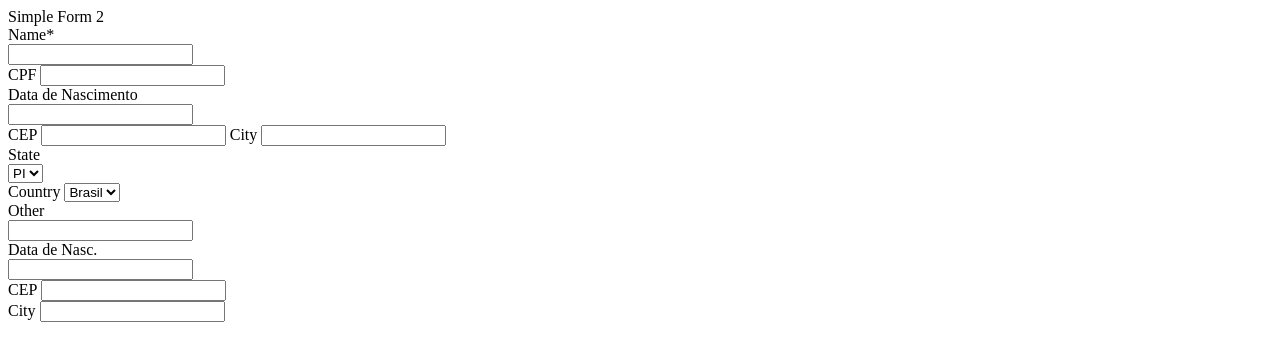
Repository: eudesf/MySpaceShip
Page: MySpaceShip/WebContent/articles/simpleform2.html
The author's editor kept a copy of each file at every save. The page is drawn from the files as they stood at one save, then again after the next save.
The browser window is 1280 px wide. The pictures show the whole page.

Above is the page before, as saved 2012-03-20 18:27:26.

### MySpaceShip/WebContent/articles/simpleform2.html
<article>
	<header>Simple Form 2</header>

	<form class="labelw20p">

		<label for="name">Name*</label>
		<div class="w30p">
			<input id="name" class="w100p" type="text" />
		</div>
		<div class="w50p">
			<label for="address">CPF</label>
			<input id="address" type="text"/>
		</div>


		<label for="birthdate">Data de Nascimento</label>
		<div class="w30p">
			<input id="birthdate" type="text" class="w100p"/>
		</div>
		<div class="w50p">
			<label for="cep" class="w30p">CEP</label>
			<input id="cep" type="text" class="w20p"/>
			<label for="city" class="w20p">City</label>
			<input id="city" type="text" class="w30p"/>
		</div>


		<label for="state">State</label>
		<div class="w30p">
			<select id="state" class="w100p">
				<option value="PI">PI</option>
			</select>
		</div>

		<div class="w50p">
			<label for="country">Country</label>
			<select id="country">
				<option value="BRA">Brasil</option>
			</select>
		</div>

		<label for="others">Other</label>
		<div class="w80p">
			<input id="others" type="text" class="w100p" />
		</div>

		<label for="birthdate">Data de Nasc.</label>

		<div class="w30p">
			<input id="birthdate" type="text" class="w100p"/>
		</div>

		<div class="w25p">
			<label for="cep">CEP</label>
			<input id="cep" type="text"/>
		</div>

		<div class="w25p">
			<label for="city">City</label>
			<input id="city" type="text"/>
		</div>


	</form>
</article>

After the next save:
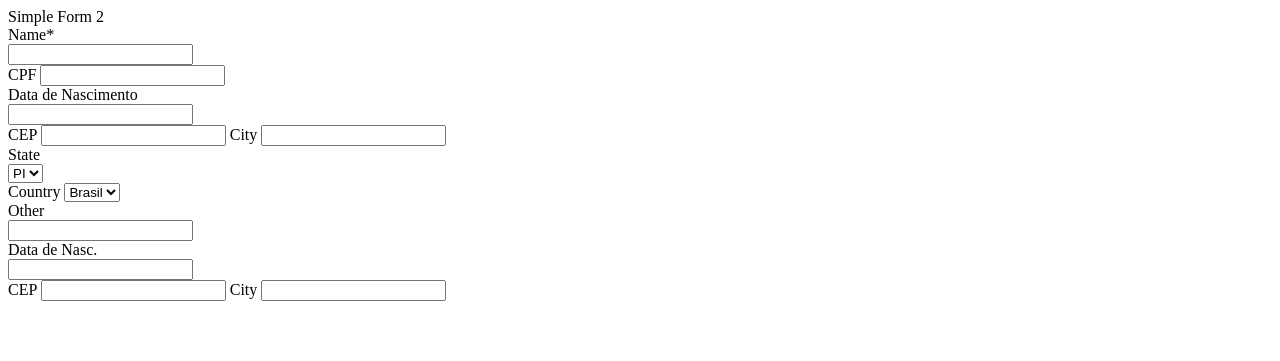
Saved 19 s later.
--- a/MySpaceShip/WebContent/articles/simpleform2.html
+++ b/MySpaceShip/WebContent/articles/simpleform2.html
@@ -44,20 +44,16 @@
 			<input id="others" type="text" class="w100p" />
 		</div>
 
+
 		<label for="birthdate">Data de Nasc.</label>
-
 		<div class="w30p">
 			<input id="birthdate" type="text" class="w100p"/>
 		</div>
-
-		<div class="w25p">
-			<label for="cep">CEP</label>
-			<input id="cep" type="text"/>
-		</div>
-
-		<div class="w25p">
-			<label for="city">City</label>
-			<input id="city" type="text"/>
+		<div class="w50p">
+			<label for="cep" class="w30p">CEP</label>
+			<input id="cep" type="text" class="w20p"/>
+			<label for="city" class="w20p">City</label>
+			<input id="city" type="text" class="w30p"/>
 		</div>
 
 
